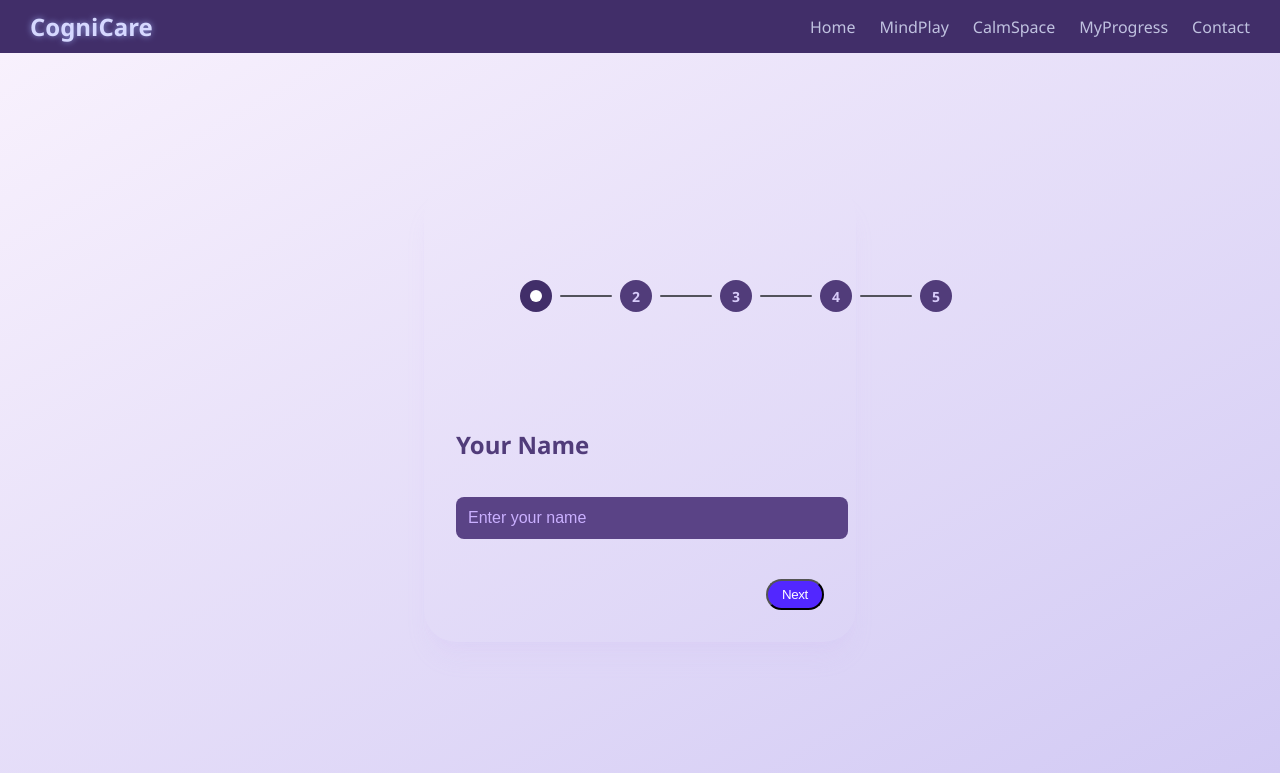
Repository: rujularaut/CogniCare
Page: /signup
The author's editor kept a copy of each file at every save. The page is drawn from the files as they stood at one save, then again after the next save.
The browser window is 1280 px wide. The pictures show the whole page.
The project was rebuilt for these pictures with package versions that can differ from the ones it lists, and the page was loaded fresh each time. Also part of the build but not shown: src/components/Welcome.css, src/components/Welcome.js, src/components/Particles.css, src/components/Particles.js, src/components/Meditation.css, src/components/Meditation.js, src/components/Signup.css, src/components/Signup.js and 2 more.

Above is the page before, as saved 2025-06-24 14:49:55.

### src/App.js
import React from 'react';
import { BrowserRouter as Router, Routes, Route } from 'react-router-dom';
import './App.css';
import Welcome from './components/Welcome';
import Meditation from './components/Meditation';
import Signup from './components/Signup'; // ✅ Confirm this file exists
import Login from './components/Login';
import SignupStepper from './components/SignupStepper';

function App() {
  return (
    <Router>
      <div className="App">
        <nav>
          <div className="logo">CogniCare</div>
          <ul>
            <li><a href="/">Home</a></li>
            <li><a href="#">MindPlay</a></li>
            <li><a href="#">CalmSpace</a></li>
            <li><a href="#">MyProgress</a></li>
            <li><a href="#">Contact</a></li>
          </ul>
        </nav>

        <Routes>
          <Route path="/" element={
            <>
              <header>
                <h1>Welcome to CogniCare</h1>
                <p>Your mental health companion</p>
              </header>
              <Welcome />
              <Meditation />
            </>
          } />
          <Route path="/signup" element={<SignupStepper />} />
          <Route path="/signup" element={<Signup />} />
          <Route path="/login" element={<Login />} />
        </Routes>
      </div>
    </Router>
  );
}

export default App;

### src/App.css
body {
  margin: 0;
  padding: 0;
  font-family: 'Segoe UI', sans-serif;
  background-color: #0a001a;
  color: #d6d8ff;
}

nav {
  background-color: #412e69;
  color: #d6d8ff;
  display: flex;
  justify-content: space-between;
  align-items: center;
  padding: 10px 30px;
  box-shadow: 0 0 15px #a9b0ff20;
}

.logo {
  font-size: 24px;
  font-weight: bold;
  color: #d6d8ff;
  text-shadow: 0 0 6px #8b92d7;
}

nav ul {
  list-style: none;
  display: flex;
  gap: 24px;
  margin: 0;
  padding: 0;
}

nav ul li a {
  text-decoration: none;
  color: #c0c2e0;
  font-weight: 500;
  transition: color 0.3s ease;
}

nav ul li a:hover {
  color: #f7c258;
  text-shadow: 0 0 6px #a9b0ff;
}

header {
  background-color: #513c7a;
  padding: 5px;
  text-align: center;
  border-bottom: 6px solid #25003e;
}

h1 {
  margin-bottom: 10px;
  font-size: 45px;
  color: #d6d8ff;
  text-shadow: 0 0 10px #6c72ac;
}

p {
  font-size: 17px;
  color: #d6d8ff;
}

### src/components/SignupStepper.js
import React, { useState } from 'react';
import Stepper, { Step } from './Stepper';
import './SignupStepper.css';

const SignupStepper = () => {
  const [formData, setFormData] = useState({
    name: '',
    age: '',
    email: '',
    password: '',
  });

  const handleChange = (e) => {
    setFormData((prev) => ({ ...prev, [e.target.name]: e.target.value }));
  };

  return (
    <div className="signup-container">
      <Stepper
        initialStep={1}
        onFinalStepCompleted={() => console.log('Form complete', formData)}
        nextButtonText="Next"
        backButtonText="Back"
      >
        <Step>
          <h2>Your Name</h2>
          <input
            name="name"
            type="text"
            placeholder="Enter your name"
            value={formData.name}
            onChange={handleChange}
            required
          />
        </Step>
        <Step>
          <h2>Your Age</h2>
          <input
            name="age"
            type="number"
            placeholder="Enter your age"
            value={formData.age}
            onChange={handleChange}
            required
          />
        </Step>
        <Step>
          <h2>Email ID</h2>
          <input
            name="email"
            type="email"
            placeholder="Enter your email"
            value={formData.email}
            onChange={handleChange}
            required
          />
        </Step>
        <Step>
          <h2>Create Password</h2>
          <input
            name="password"
            type="password"
            placeholder="Create password"
            value={formData.password}
            onChange={handleChange}
            required
          />
        </Step>
        <Step>
          <h2>All Set!</h2>
          <p>Welcome, {formData.name} 🎉</p>
          <p>Already have an account? <a href="/login">Login here</a></p>
        </Step>
      </Stepper>
    </div>
  );
};

export default SignupStepper;

### src/components/Stepper.jsx
import React, { useState, Children, useRef, useLayoutEffect } from "react";
import { motion, AnimatePresence } from "framer-motion";

import "./Stepper.css";

export default function Stepper({
  children,
  initialStep = 1,
  onStepChange = () => { },
  onFinalStepCompleted = () => { },
  stepCircleContainerClassName = "",
  stepContainerClassName = "",
  contentClassName = "",
  footerClassName = "",
  backButtonProps = {},
  nextButtonProps = {},
  backButtonText = "Back",
  nextButtonText = "Continue",
  disableStepIndicators = false,
  renderStepIndicator,
  ...rest
}) {
  const [currentStep, setCurrentStep] = useState(initialStep);
  const [direction, setDirection] = useState(0);
  const stepsArray = Children.toArray(children);
  const totalSteps = stepsArray.length;
  const isCompleted = currentStep > totalSteps;
  const isLastStep = currentStep === totalSteps;

  const updateStep = (newStep) => {
    setCurrentStep(newStep);
    if (newStep > totalSteps) {
      onFinalStepCompleted();
    } else {
      onStepChange(newStep);
    }
  };

  const handleBack = () => {
    if (currentStep > 1) {
      setDirection(-1);
      updateStep(currentStep - 1);
    }
  };

  const handleNext = () => {
    if (!isLastStep) {
      setDirection(1);
      updateStep(currentStep + 1);
    }
  };

  const handleComplete = () => {
    setDirection(1);
    updateStep(totalSteps + 1);
  };

  return (
    <div className="outer-container" {...rest}>
      <div className={`step-circle-container ${stepCircleContainerClassName}`}>
        <div className={`step-indicator-row ${stepContainerClassName}`}>
          {stepsArray.map((_, index) => {
            const stepNumber = index + 1;
            const isNotLastStep = index < totalSteps - 1;
            return (
              <React.Fragment key={stepNumber}>
                {renderStepIndicator ? (
                  renderStepIndicator({
                    step: stepNumber,
                    currentStep,
                    onStepClick: (clicked) => {
                      setDirection(clicked > currentStep ? 1 : -1);
                      updateStep(clicked);
                    },
                  })
                ) : (
                  <StepIndicator
                    step={stepNumber}
                    disableStepIndicators={disableStepIndicators}
                    currentStep={currentStep}
                    onClickStep={(clicked) => {
                      setDirection(clicked > currentStep ? 1 : -1);
                      updateStep(clicked);
                    }}
                  />
                )}
                {isNotLastStep && (
                  <StepConnector isComplete={currentStep > stepNumber} />
                )}
              </React.Fragment>
            );
          })}
        </div>

        <StepContentWrapper
          isCompleted={isCompleted}
          currentStep={currentStep}
          direction={direction}
          className={`step-content-default ${contentClassName}`}
        >
          {stepsArray[currentStep - 1]}
        </StepContentWrapper>

        {!isCompleted && (
          <div className={`footer-container ${footerClassName}`}>
            <div className={`footer-nav ${currentStep !== 1 ? "spread" : "end"}`}>
              {currentStep !== 1 && (
                <button
                  onClick={handleBack}
                  className={`back-button ${currentStep === 1 ? "inactive" : ""}`}
                  {...backButtonProps}
                >
                  {backButtonText}
                </button>
              )}
              <button
                onClick={isLastStep ? handleComplete : handleNext}
                className="next-button"
                {...nextButtonProps}
              >
                {isLastStep ? "Complete" : nextButtonText}
              </button>
            </div>
          </div>
        )}
      </div>
    </div>
  );
}

function StepContentWrapper({ isCompleted, currentStep, direction, children, className }) {
  const [parentHeight, setParentHeight] = useState(0);

  return (
    <motion.div
      className={className}
      style={{ position: "relative", overflow: "hidden" }}
      animate={{ height: isCompleted ? 0 : parentHeight }}
      transition={{ type: "spring", duration: 0.4 }}
    >
      <AnimatePresence initial={false} mode="sync" custom={direction}>
        {!isCompleted && (
          <SlideTransition key={currentStep} direction={direction} onHeightReady={(h) => setParentHeight(h)}>
            {children}
          </SlideTransition>
        )}
      </AnimatePresence>
    </motion.div>
  );
}

function SlideTransition({ children, direction, onHeightReady }) {
  const containerRef = useRef(null);

  useLayoutEffect(() => {
    if (containerRef.current) onHeightReady(containerRef.current.offsetHeight);
  }, [children, onHeightReady]);

  return (
    <motion.div
      ref={containerRef}
      custom={direction}
      variants={stepVariants}
      initial="enter"
      animate="center"
      exit="exit"
      transition={{ duration: 0.4 }}
      style={{ position: "absolute", left: 0, right: 0, top: 0 }}
    >
      {children}
    </motion.div>
  );
}

const stepVariants = {
  enter: (dir) => ({
    x: dir >= 0 ? "-100%" : "100%",
    opacity: 0,
  }),
  center: {
    x: "0%",
    opacity: 1,
  },
  exit: (dir) => ({
    x: dir >= 0 ? "50%" : "-50%",
    opacity: 0,
  }),
};

export function Step({ children }) {
  return <div className="step-default">{children}</div>;
}

function StepIndicator({ step, currentStep, onClickStep, disableStepIndicators }) {
  const status = currentStep === step ? "active" : currentStep < step ? "inactive" : "complete";

  const handleClick = () => {
    if (step !== currentStep && !disableStepIndicators) onClickStep(step);
  };

  return (
    <motion.div onClick={handleClick} className="step-indicator" animate={status} initial={false}>
      <motion.div
        variants={{
          inactive: { scale: 1, backgroundColor: "#513c7a", color: "#d7cbf9" },
          active: { scale: 1, backgroundColor: "#412e69", color: "#d7cbf9" },
          complete: { scale: 1, backgroundColor: "#412e69", color: "#d7cbf9" },
        }}
        transition={{ duration: 0.3 }}
        className="step-indicator-inner"
      >
        {status === "complete" ? (
          <CheckIcon className="check-icon" />
        ) : status === "active" ? (
          <div className="active-dot" />
        ) : (
          <span className="step-number">{step}</span>
        )}
      </motion.div>
    </motion.div>
  );
}

function StepConnector({ isComplete }) {
  const lineVariants = {
    incomplete: { width: 0, backgroundColor: "transparent" },
    complete: { width: "100%", backgroundColor: "#5227FF" },
  };

  return (
    <div className="step-connector">
      <motion.div
        className="step-connector-inner"
        variants={lineVariants}
        initial={false}
        animate={isComplete ? "complete" : "incomplete"}
        transition={{ duration: 0.4 }}
      />
    </div>
  );
}

function CheckIcon(props) {
  return (
    <svg {...props} fill="none" stroke="currentColor" strokeWidth={2} viewBox="0 0 24 24">
      <motion.path
        initial={{ pathLength: 0 }}
        animate={{ pathLength: 1 }}
        transition={{ delay: 0.1, type: "tween", ease: "easeOut", duration: 0.3 }}
        strokeLinecap="round"
        strokeLinejoin="round"
        d="M5 13l4 4L19 7"
      />
    </svg>
  );
}

### src/components/SignupStepper.css
.signup-container {
background: linear-gradient(to bottom right, #f8f1fd, #d2caf4);
  color: #513c7a;
  min-height: 100vh;
  display: flex;
  justify-content: center;
  align-items: center;
}

input {
  width: 100%;
  padding: 12px;
  margin-top: 1em;
  border-radius: 8px;
  border: none;
  font-size: 16px;
  background-color: #5a4386;
  color: #d7cbf9;
}

input::placeholder {
  color: #cab0ff;
}

### src/components/Stepper.css
.outer-container {
  display: flex;
  min-height: 100%;
  flex: 1 1 0%;
  flex-direction: column;
  align-items: center;
  justify-content: center;
  padding: 1rem;
}

@media (min-width: 640px) {
  .outer-container {
    aspect-ratio: 4 / 3;
  }
}

@media (min-width: 768px) {
  .outer-container {
    aspect-ratio: 2 / 1;
  }
}

.step-circle-container {
  margin-left: auto;
  margin-right: auto;
  width: 100%;
  max-width: 27rem;
  border-radius: 2rem;
  box-shadow: 0 20px 25px -5px rgba(207, 178, 246, 0.1),
    0 10px 10px -5px rgba(193, 176, 247, 0.04);
}

.step-indicator-row {
  display: flex;
  width: 100%;
  align-items: center;
  padding: 6rem;
}

.step-content-default {
  position: relative;
  overflow: hidden;
}

.step-default {
  padding-left: 2rem;
  padding-right: 2rem;
}

.footer-container {
  padding-left: 2rem;
  padding-right: 2rem;
  padding-bottom: 2rem;
}

.footer-nav {
  margin-top: 2.5rem;
  display: flex;
}

.footer-nav.spread {
  justify-content: space-between;
}

.footer-nav.end {
  justify-content: flex-end;
}

.back-button {
  transition: all 350ms;
  border-radius: 0.25rem;
  padding: 0.25rem 0.5rem;
  color: #a3a3a3;
  cursor: pointer;
}

.back-button:hover {
  color: #52525b;
}

.back-button.inactive {
  pointer-events: none;
  opacity: 0.5;
  color: #a3a3a3;
}

.next-button {
  transition: all 350ms;
  display: flex;
  align-items: center;
  justify-content: center;
  border-radius: 9999px;
  background-color: #5227FF;
  color: #fff;
  font-weight: 500;
  letter-spacing: -0.025em;
  padding: 0.375rem 0.875rem;
  cursor: pointer;
}

.next-button:hover {
  background-color: #5227FF;
}

.next-button:active {
  background-color: #5227FF;
}

.step-indicator {
  position: relative;
  cursor: pointer;
  outline: none;
}

.step-indicator-inner {
  display: flex;
  height: 2rem;
  width: 2rem;
  align-items: center;
  justify-content: center;
  border-radius: 9999px;
  font-weight: 600;
}

.active-dot {
  height: 0.75rem;
  width: 0.75rem;
  border-radius: 9999px;
  background-color: #fff;
}

.step-number {
  font-size: 0.875rem;
}

.step-connector {
  position: relative;
  margin-left: 0.5rem;
  margin-right: 0.5rem;
  height: 0.125rem;
  flex: 1;
  overflow: hidden;
  border-radius: 0.25rem;
  background-color: #52525b;
}

.step-connector-inner {
  position: absolute;
  left: 0;
  top: 0;
  height: 100%;
}

.check-icon {
  height: 1rem;
  width: 1rem;
  color: #fff;
}

Loaded but not shown: public/index.html (common file); src/index.js (common file); src/index.css (common file)

After the next save:
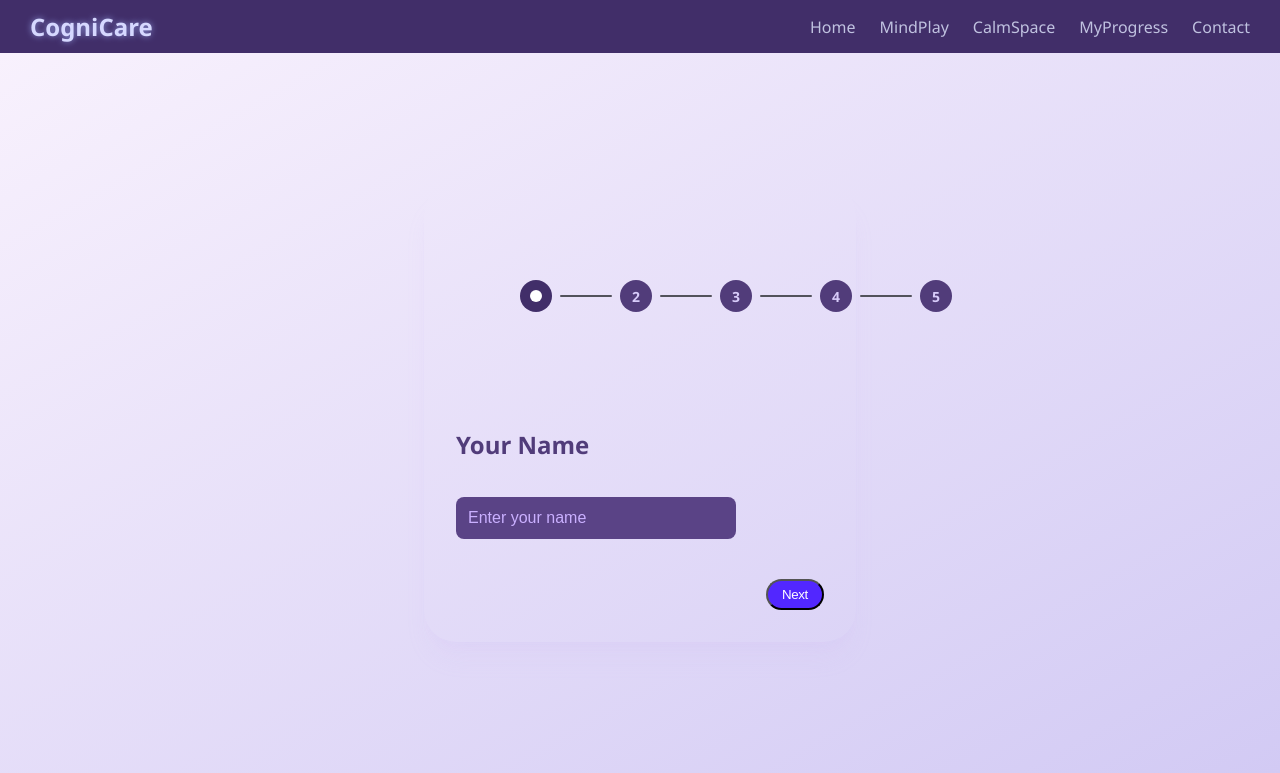
Saved 8 s later.
--- a/src/components/Stepper.css
+++ b/src/components/Stepper.css
@@ -44,7 +44,7 @@
 
 .step-default {
   padding-left: 2rem;
-  padding-right: 2rem;
+  padding-right: 9rem;
 }
 
 .footer-container {
